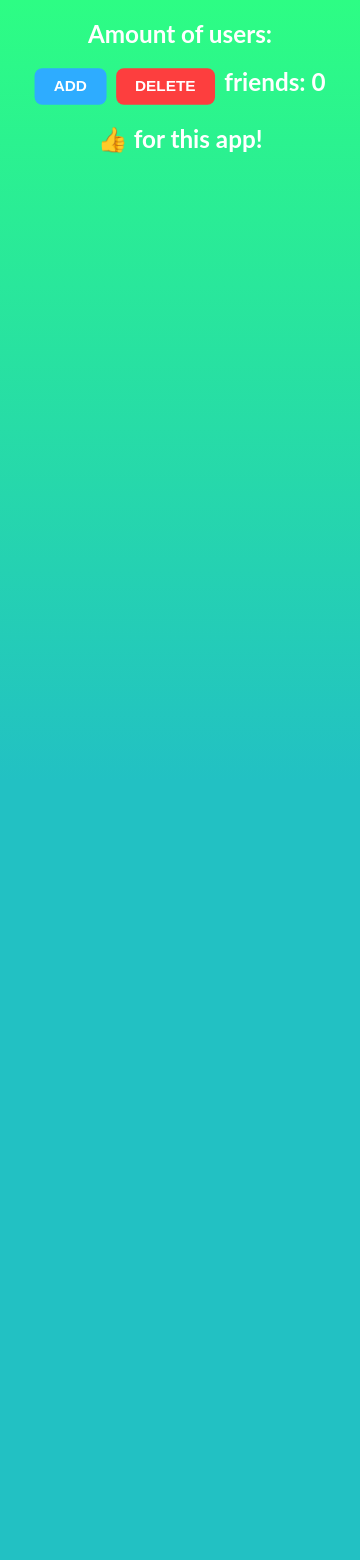
Repository: marcinszymaszek/facelook
Page: /
The author's editor kept a copy of each file at every save. The page is drawn from the files as they stood at one save, then again after the next save.
The browser window is 375 px wide. The pictures show the whole page, at 96% of full size.
The page's requests for data from a server got no answer. The project was rebuilt for these pictures with package versions that can differ from the ones it lists, and the page was loaded fresh each time. No one was signed in, and anything a server would have sent is missing.

Above is the page before, as saved 2020-01-12 23:00:55.

After the next save:
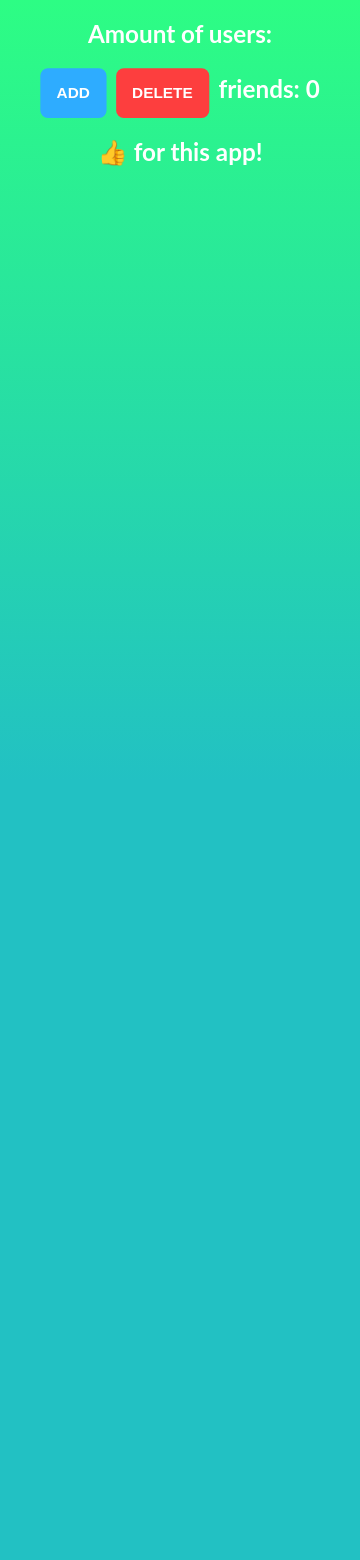
Saved 20 h 9 min later.
--- a/src/components/information/MainInfo.css
+++ b/src/components/information/MainInfo.css
@@ -18,6 +18,12 @@
     font-weight: bold;
 }
 
+@media screen and (max-width: 468px){
+    .btn-add, .btn-delete {
+        padding: 17px 17px;
+    }
+}
+
 .btn-add {
     background-color: rgb(46, 172, 255);
 }
